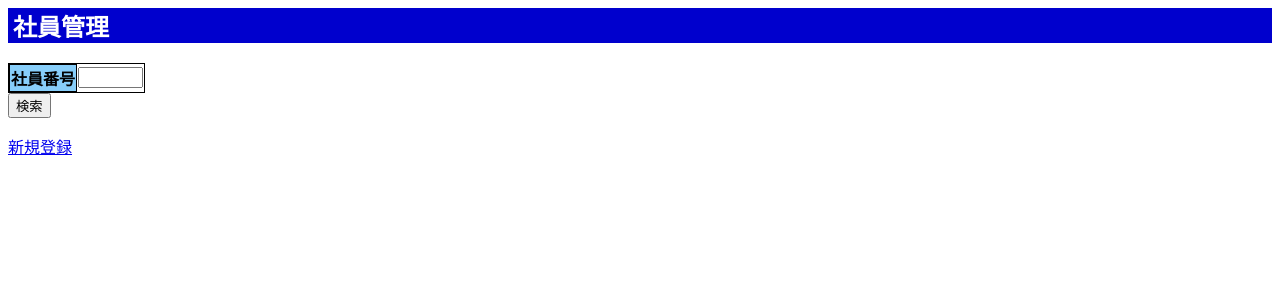
Repository: eb-communicationservice/php_study
Page: http://localhost/views/scripts/members/index.php
An editor plug-in stored every save of this project. The page is shown before and after the next save, followed by the edit.
The browser window is 1280 px wide. The pictures show the whole page.
The page is run by PHP 8.4 with error messages shown; the project is at /var/www/html/.

Above is the page before, as saved 2015-12-06 12:52:27.

After the next save:
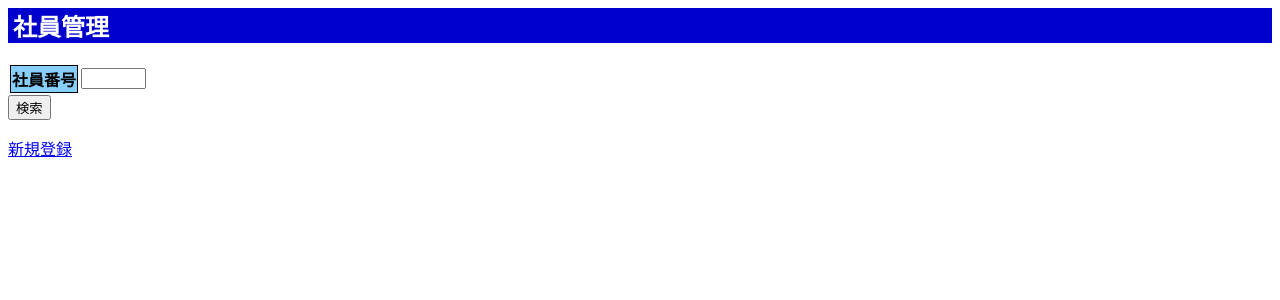
Saved 13 s later.
--- a/kadai01/css/common.css
+++ b/kadai01/css/common.css
@@ -4,14 +4,6 @@
 	color: #ffffff;
 	padding: 0 5px;
 	margin: 3 0px;
-}
-table#memberInfo{
-	border-collapse: separate;
-	border-spacing: 0px;
-	border-top: 1px solid #000000;
-	border-left: 1px solid #000000;
-	border-right: 1px solid #000000;
-	border-bottom: 1px solid #000000;
 }
 table#memberInfo th{
 	background-color: #87cefa;

After the save that followed:
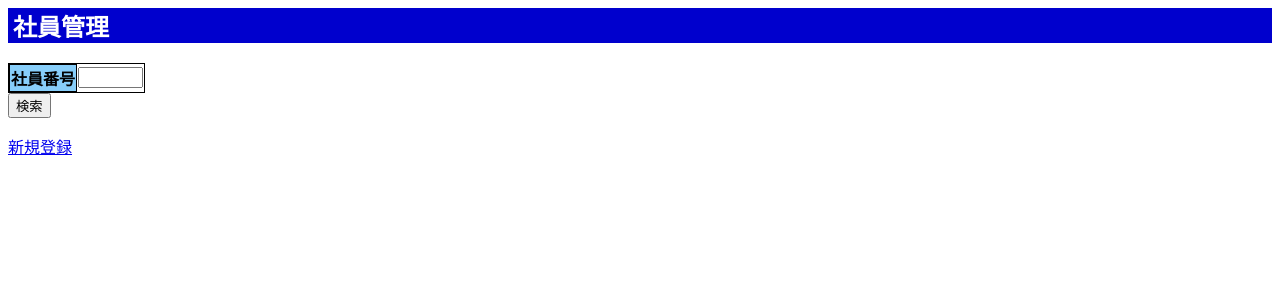
Saved 22 s later.
--- a/kadai01/css/common.css
+++ b/kadai01/css/common.css
@@ -5,8 +5,17 @@
 	padding: 0 5px;
 	margin: 3 0px;
 }
+table#memberInfo{
+	border-collapse: separate;
+	border-spacing: 0px;
+	border-top: 1px solid #000000;
+	border-left: 1px solid #000000;
+	border-right: 1px solid #000000;
+	border-bottom: 1px solid #000000;
+}
 table#memberInfo th{
 	background-color: #87cefa;
+	border-collapse: separate;
 	border-spacing: 0px;
 	border-top: 1px solid #000000;
 	border-left: 1px solid #000000;
